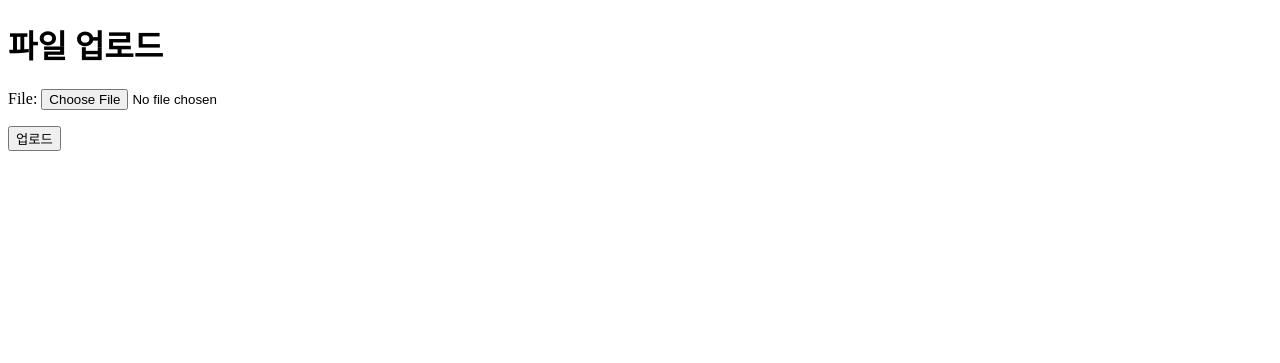
Repository: leeenzang/realmo
Page: http://localhost/file_upload/upload/
An editor plug-in stored every save of this project. The page is shown before and after the next save, followed by the edit.
The browser window is 1280 px wide. The pictures show the whole page.
The page is served by the project's application, run on Django 4.2 (manage.py). Other server files are loaded and not shown.

Above is the page before, as saved 2023-08-22 22:42:16.

### file_upload/templates/file_upload/upload_success.html
<!DOCTYPE html>
<html lang="en">
<head>
    <meta charset="UTF-8">
    <meta name="viewport" content="width=device-width, initial-scale=1.0">
    <title>파일 업로드</title>
</head>
<body>

<h1>파일 업로드</h1>

<form action="" method="post" enctype="multipart/form-data">
    {% csrf_token %}
    {{ form.as_p }}
    <button type="submit">업로드</button>
</form>

<script>
    // 페이지가 로드될 때 실행되는 함수
    window.onload = function() {
        // 서버에서 전달받은 메시지가 있다면
        var message = "{{ message }}";
        if (message) {
            alert(message);  // 팝업 알림으로 메시지 표시
        }
    }
</script>

</body>
</html>

### file_upload/forms.py
from django import forms

# CSV 파일 업로드 위한 form
class UploadFileForm(forms.Form):
    file = forms.FileField()

### file_upload/views.py
from django.shortcuts import render, redirect
from .models import Visitor
from .forms import UploadFileForm
from datetime import datetime, timedelta
import csv
from io import TextIOBase
from io import TextIOWrapper
from newvisit.models import DailyNewVisitors, MonthlyNewVisitors

# Create your views here.


def upload_csv(request):

    if request.method == 'POST':
        form = UploadFileForm(request.POST, request.FILES)
        if form.is_valid():
            # --- 기존의 CSV 처리 로직 시작 ---
            csv_file = TextIOWrapper(request.FILES['file'].file, encoding='utf-8')
            reader = csv.reader(csv_file)
            next(reader)  # 헤더(첫번째 줄) 스킵

            for row in reader:
                uid = row[1]
                datetime_str = row[12]
                date_obj = datetime.strptime(datetime_str, '%y-%m-%d %H:%M').date()

                visitor, created = Visitor.objects.get_or_create(UID=uid, 사용일=date_obj)

                if not created:
                    visitor.save()
            # --- 기존의 CSV 처리 로직 끝 ---

            # 여기서 신규 방문자 업데이트 로직 추가
            today = datetime.today().date()
            current_month = today.month
            current_year = today.year

            # Daily update
            daily_new_count = Visitor.objects.filter(사용일=today, 구분__in=['신규카드', '신규현금']).distinct().count()
            DailyNewVisitors.objects.update_or_create(date=today, defaults={'new_visitors_count': daily_new_count})

            # Monthly update
            monthly_new_count = DailyNewVisitors.objects.filter(date__year=current_year, date__month=current_month).aggregate(Sum('new_visitors_count'))['new_visitors_count__sum'] or 0
            MonthlyNewVisitors.objects.update_or_create(year=current_year, month=current_month, defaults={'new_visitors_count': monthly_new_count})

            message = "업로드가 성공적으로 완료되었습니다!"  # 성공 메시지 설정
        else:
            message = "오류가 발생했습니다. 다시 시도해주세요."

    else:
        form = UploadFileForm()
        message = ""  # 여기에서 message 변수를 초기화합니다.

    return render(request, 'file_upload/upload_success.html', {'form': form, 'message': message})

### config/urls.py
"""
URL configuration for config project.

The `urlpatterns` list routes URLs to views. For more information please see:
    https://docs.djangoproject.com/en/4.2/topics/http/urls/
Examples:
Function views
    1. Add an import:  from my_app import views
    2. Add a URL to urlpatterns:  path('', views.home, name='home')
Class-based views
    1. Add an import:  from other_app.views import Home
    2. Add a URL to urlpatterns:  path('', Home.as_view(), name='home')
Including another URLconf
    1. Import the include() function: from django.urls import include, path
    2. Add a URL to urlpatterns:  path('blog/', include('blog.urls'))
"""
from django.contrib import admin
from django.urls import path, include

urlpatterns = [
    path("admin/", admin.site.urls),
    path('mainpage/', include('mainpage.urls')),
    path('file_upload/', include('file_upload.urls')),
    path('analytics/', include('analytics.urls')),
    path('newvisit/', include('newvisit.urls')),
]

### mainpage/urls.py
from django.urls import path
from .views import home



urlpatterns = [
    path('', home, name='home'),
]

### file_upload/urls.py
from django.urls import path
from . import views

app_name = 'visit'

urlpatterns = [
    path('upload/', views.upload_csv, name='upload_csv'),
]

### analytics/urls.py
from django.urls import path
from . import views

app_name = 'analytics'

urlpatterns = [
    path('revisit_rate/', views.revisit_rate, name='revisit_rate'),
]

### newvisit/urls.py
from django.urls import path
from . import views

app_name = 'newvisit'  # <-- 이 부분 추가


urlpatterns = [
    path('new/', views.new_visitors_summary, name='new_visitors'),
]

After the next save:
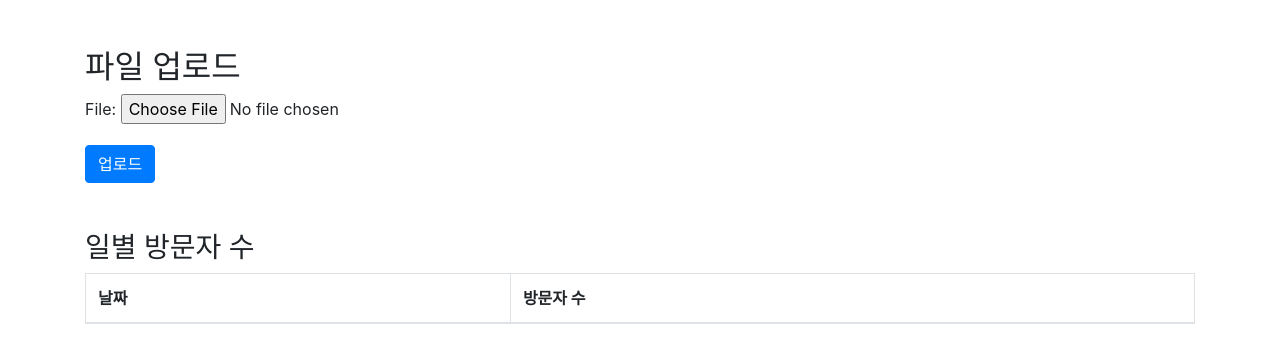
Saved 1 s later.
--- a/file_upload/templates/file_upload/upload_success.html
+++ b/file_upload/templates/file_upload/upload_success.html
@@ -1,19 +1,41 @@
 <!DOCTYPE html>
-<html lang="en">
+<html lang="ko">
 <head>
     <meta charset="UTF-8">
     <meta name="viewport" content="width=device-width, initial-scale=1.0">
-    <title>파일 업로드</title>
+    <title>파일 업로드 및 일별 방문자 수</title>
+    <link rel="stylesheet" href="https://maxcdn.bootstrapcdn.com/bootstrap/4.5.2/css/bootstrap.min.css">
 </head>
 <body>
 
-<h1>파일 업로드</h1>
+<div class="container mt-5">
+    <h2>파일 업로드</h2>
+    <form action="{% url 'visit:upload_csv' %}" method="post" enctype="multipart/form-data">
+        {% csrf_token %}
+        {{ form.as_p }}
+        <button type="submit" class="btn btn-primary">업로드</button>
+    </form>
+</div>
 
-<form action="" method="post" enctype="multipart/form-data">
-    {% csrf_token %}
-    {{ form.as_p }}
-    <button type="submit">업로드</button>
-</form>
+<div class="container mt-5">
+    <h3>일별 방문자 수</h3>
+    <table class="table table-bordered table-hover">
+        <thead>
+            <tr>
+                <th>날짜</th>
+                <th>방문자 수</th>
+            </tr>
+        </thead>
+        <tbody>
+            {% for entry in daily_visitors %}
+            <tr>
+                <td>{{ entry.사용일 }}</td>
+                <td>{{ entry.count }}</td>
+            </tr>
+            {% endfor %}
+        </tbody>
+    </table>
+</div>
 
 <script>
     // 페이지가 로드될 때 실행되는 함수
